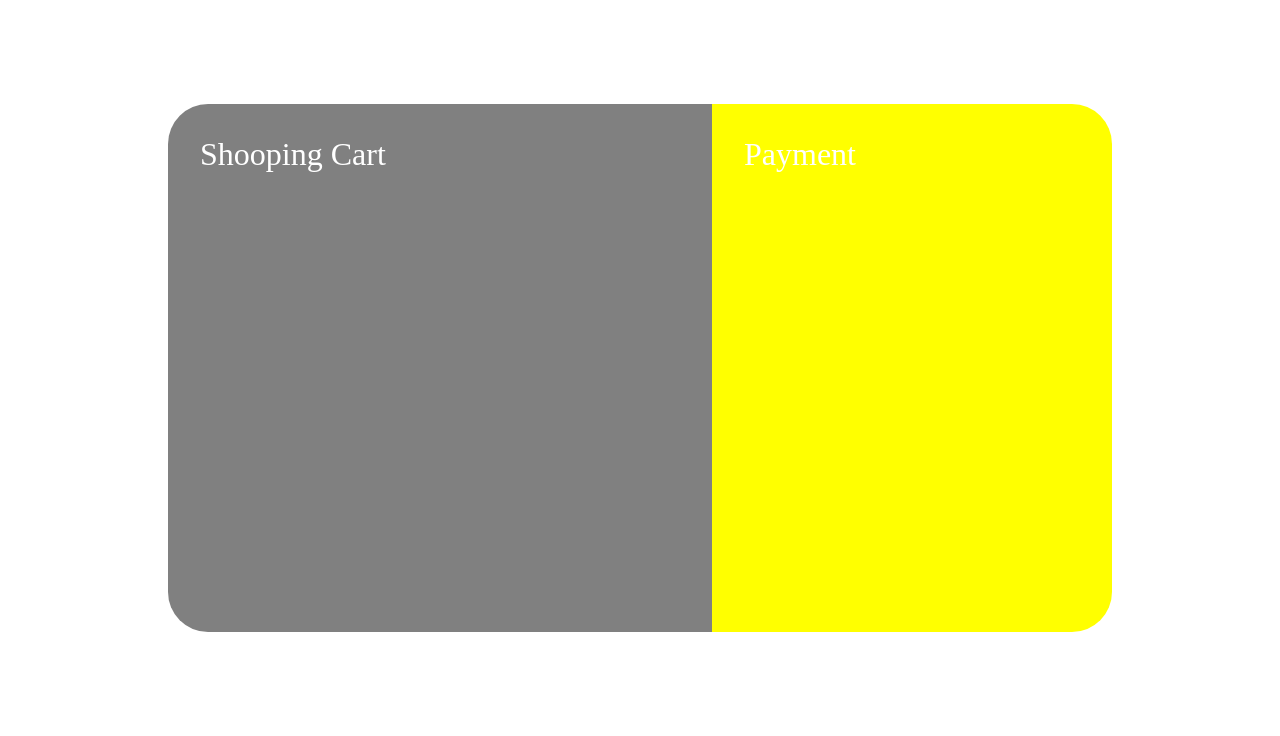
Repository: NDBaoFE/pizza-ordering-hiep
Page: /checkout
The author's editor kept a copy of each file at every save. The page is drawn from the files as they stood at one save, then again after the next save.
The browser window is 1280 px wide. The pictures show the whole page.
The project was rebuilt for these pictures with package versions that can differ from the ones it lists, and the page was loaded fresh each time.

Above is the page before, as saved 2022-08-27 21:56:15.

### public/index.html
<!DOCTYPE html>
<html lang="en">
  <head>
    <meta charset="utf-8" />
    <link rel="icon" href="%PUBLIC_URL%/avatar.png" />
    <meta name="viewport" content="width=device-width, initial-scale=1" />
    <meta name="theme-color" content="#000000" />
    <link rel="apple-touch-icon" href="%PUBLIC_URL%/avatar.png" />
    <title>Pizza Ordering</title>
  </head>
  <body>
    <noscript>You need to enable JavaScript to run this app.</noscript>
    <div id="root"></div>
  </body>
</html>

### src/App.js
import RouterComponent from './router'

function App() {
  return <>{RouterComponent}</>
}

export default App

### src/router/index.js
import { BrowserRouter, Routes, Route } from 'react-router-dom'
import Checkout from '../pages/Checkout'

const privateRoutes = [{ name: 'checkout', path: '/checkout', element: <Checkout /> }]

const RouterComponent = (
  <BrowserRouter>
    <Routes>
      {privateRoutes.map((route) => (
        <Route key={route.name} path={route.path} element={route.element} />
      ))}
    </Routes>
  </BrowserRouter>
)

export default RouterComponent

### src/pages/Checkout/index.jsx
import React from 'react'
import * as Styled from './Checkout.styled'

const Checkout = (props) => {
  return (
    <Styled.Background>
      <Styled.Cart>
        <Styled.Header>Shooping Cart</Styled.Header>
      </Styled.Cart>
      <Styled.Payment>
        <Styled.Header>Payment</Styled.Header>
      </Styled.Payment>
    </Styled.Background>
  )
}

Checkout.propTypes = {}

export default Checkout

### src/pages/Checkout/Checkout.styled.js
import styled from 'styled-components'

export const Background = styled.div`
  box-sizing: border-box;
  width: 100%;
  height: 100vh;
  padding: 6rem 10rem;
  display: flex;
  overflow-y: hidden;
`
export const Cart = styled.div`
  padding: 2rem;
  display: block;
  background-color: gray;
  flex: 1;
  border-top-left-radius: 40px;
  border-bottom-left-radius: 40px;
`
export const Payment = styled.div`
  box-sizing: border-box;
  padding: 2rem;
  min-width: 400px;
  background-color: yellow;
  border-top-right-radius: 40px;
  border-bottom-right-radius: 40px;
`

export const Header = styled.header`
  font-size: 2rem;
  color: #fff;
`

Loaded but not shown: src/index.js (common file)

After the next save:
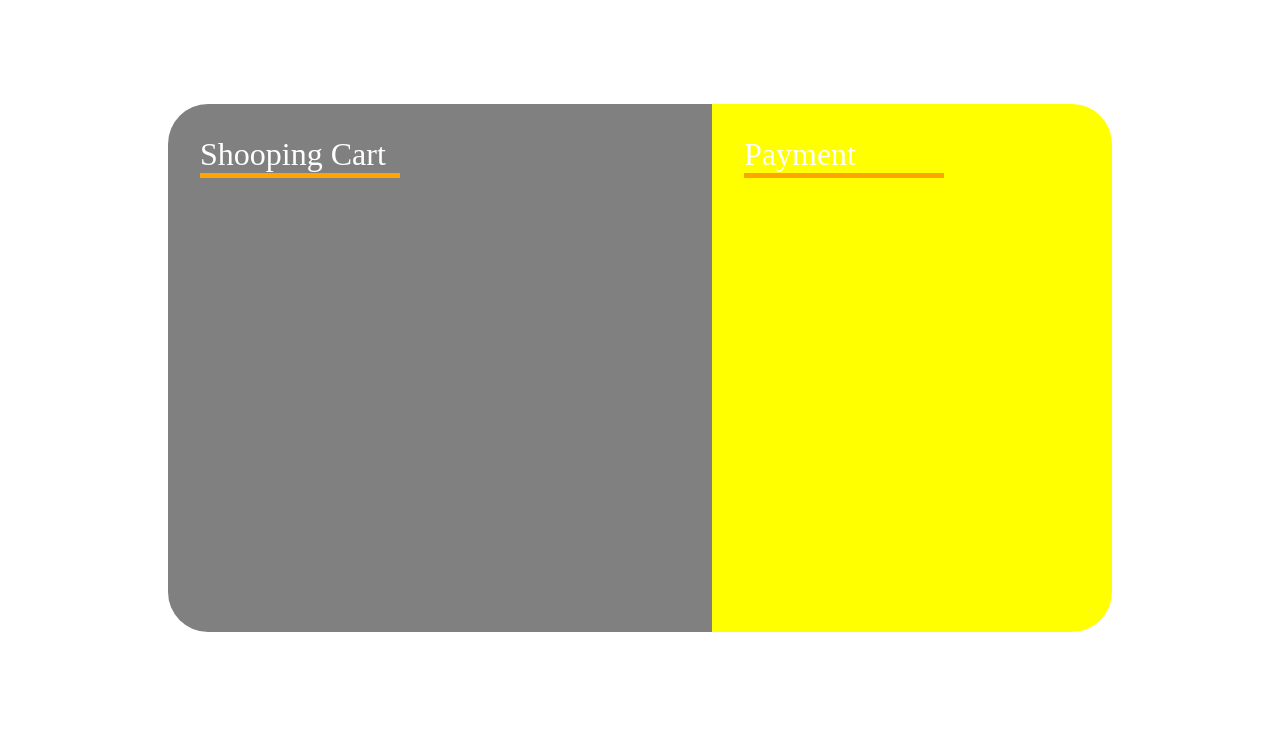
Saved 46 s later.
--- a/src/pages/Checkout/Checkout.styled.js
+++ b/src/pages/Checkout/Checkout.styled.js
@@ -28,4 +28,12 @@ export const Payment = styled.div`
 export const Header = styled.header`
   font-size: 2rem;
   color: #fff;
+
+  &::after {
+    content: '';
+    display: block;
+    width: 200px;
+    height: 5px;
+    background-color: orange;
+  }
 `
